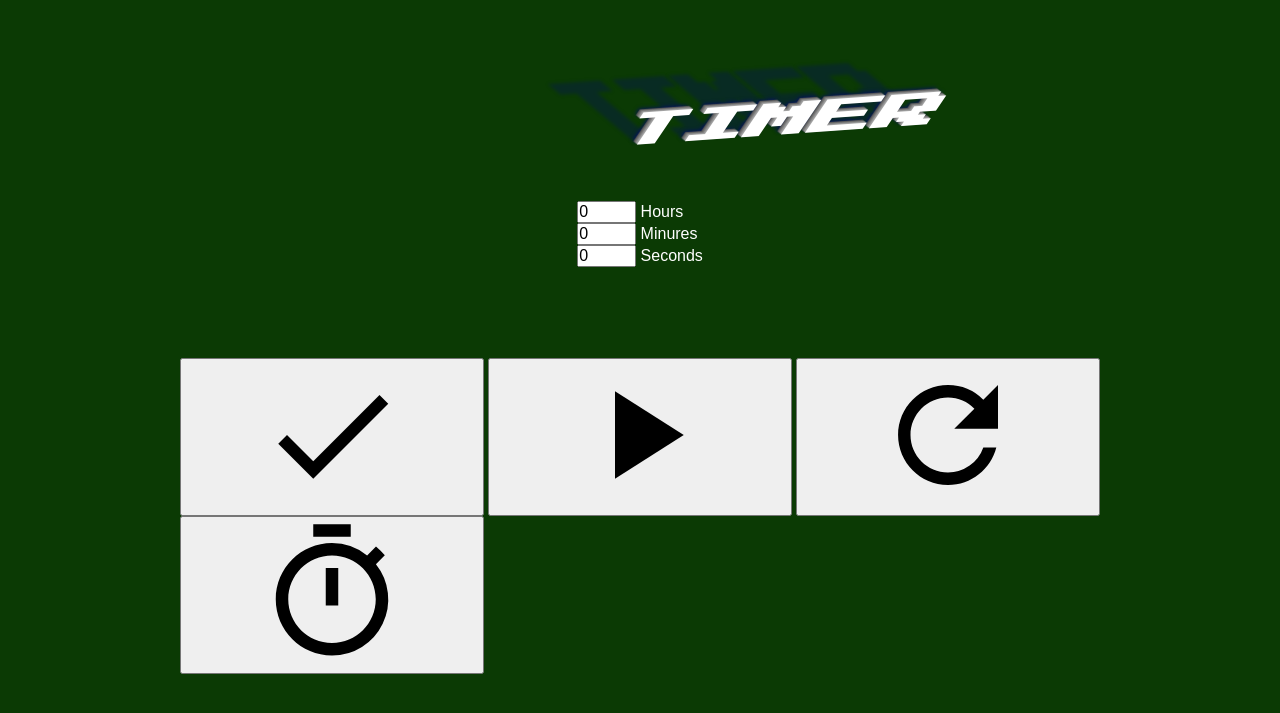
Repository: KrzysKolo/Projekt-12_Timer
Page: index.html
The author's editor kept a copy of each file at every save. The page is drawn from the files as they stood at one save, then again after the next save.
The browser window is 1280 px wide. The pictures show the whole page.
Some web fonts or font styles are not loaded; a fallback is used.

Above is the page before, as saved 2020-06-24 20:54:17.

### index.html
<!DOCTYPE html>
<html lang="en">
  <head>
    <meta charset="UTF-8" />
    <meta name="viewport" content="width=device-width, initial-scale=1.0" />
    <title>Taimer</title>
    <link
      href="https://fonts.googleapis.com/css2?family=Aldrich&family=Press+Start+2P&display=swap"
      rel="stylesheet"
    />

    <link rel="stylesheet" href="./css/style.css" />
  </head>
  <body>
    <main class="timer">
      <header class="timer__header">
        <h1 class="timer__heading" data-text="TIMER">
          Timer
        </h1>
      </header>
      <article class="timer__clock">
        <!-- input hours-->
        <section class="clock">
          <input
            type="number"
            name="hours"
            id="hours"
            value="0"
            min="0"
            max="99"
            class="clock__input"
            data-timer-input__hours
          />
          <label for="hours" class="clock__label">Hours</label>
        </section>
        <!-- input minutes-->
        <section class="clock">
          <input
            type="number"
            name="minutes"
            id="minutes"
            value="0"
            min="0"
            max="59"
            class="clock__input"
            data-timer-input__minutes
          />
          <label for="minutes" class="clock__label">Minures</label>
        </section>
        <!-- input seconds -->
        <section class="clock">
          <input
            type="number"
            name="seconds"
            id="seconds"
            value="0"
            min="0"
            max="59"
            class="clock__input"
            data-timer-input__seconds
          />
          <label for="seconds" class="clock__label">Seconds</label>
        </section>
      </article>
      <article class="timer__buttons">
        <!-- button 1 -->
        <button class="button">
          <svg class="button__icon">
            <use xlink:href="./assets/icons/sprite.svg#done-24px"></use>
          </svg>
        </button>
        <!-- button 2 -->
        <button class="button">
          <svg class="button__icon">
            <use xlink:href="./assets/icons/sprite.svg#play_arrow-24px"></use>
          </svg>
        </button>
        <!-- button 3 -->
        <button class="button">
          <svg class="button__icon">
            <use xlink:href="./assets/icons/sprite.svg#refresh-24px"></use>
          </svg>
        </button>
        <!-- dźwięk -->
        <section class="timer__audio">
          <audio src="./assets/sounds/alarm.mp3" loop></audio>
          <button class="button">
            <svg class="button__icon button__icon--alarm">
              <use xlink:href="./assets/icons/sprite.svg#timer-24px"></use>
            </svg>
          </button>
        </section>
      </article>
    </main>
  </body>
</html>

### css/style.css
*,
*::before,
*::after {
  padding: 0;
  margin: 0;
  box-sizing: inherit;
  font-size: 16px;
}
body {
  box-sizing: border-box;
  color: #fff;
  font-family: "Aldrich", sans-serif;
}
.timer {
  width: 100vw;
  height: 100vh;
  background-color: #0b3a04;
  display: flex;
  flex-direction: column;
  justify-content: space-around;
  align-items: flex-start;
  align-items: center;
}
.timer__header {
}

.timer__heading {
  font-family: "Press Start 2P", cursive;
  font-size: 4rem;
  text-transform: uppercase;
  position: relative;
  top: 30px;
  left: 100px;
  color: rgba(0, 0, 0, 0);

  transform: skew(50deg, -4deg);

  text-shadow: 0 0 3px rgba(0, 0, 128, 0.25);
  z-index: 50;
}
.timer__heading::after {
  content: attr(data-text);
  font-size: 4rem;
  position: absolute;
  top: 15px;
  left: 25px;
  color: rgba(255, 255, 255, 1);

  -webkit-transform: skew(-63deg) scale(1, 0.5);
  -moz-transform: skew(-63deg) scale(1, 0.5);
  -o-transform: skew(-63deg) scale(1, 0.5);
  -ms-transform: skew(-63deg) scale(1, 0.5);
  transform: skew(-63deg) scale(1, 0.5);
  text-shadow: -1px -1px 1px #aaa, -2px -2px 1px #999, -3px -3px 1px #888,
    -4px -4px 1px #777, -5px -5px 1px #666, -6px -6px 1px #555,
    -7px -7px 5px rgba(0, 0, 128, 0.75);
  z-index: 100;
}

After the next save:
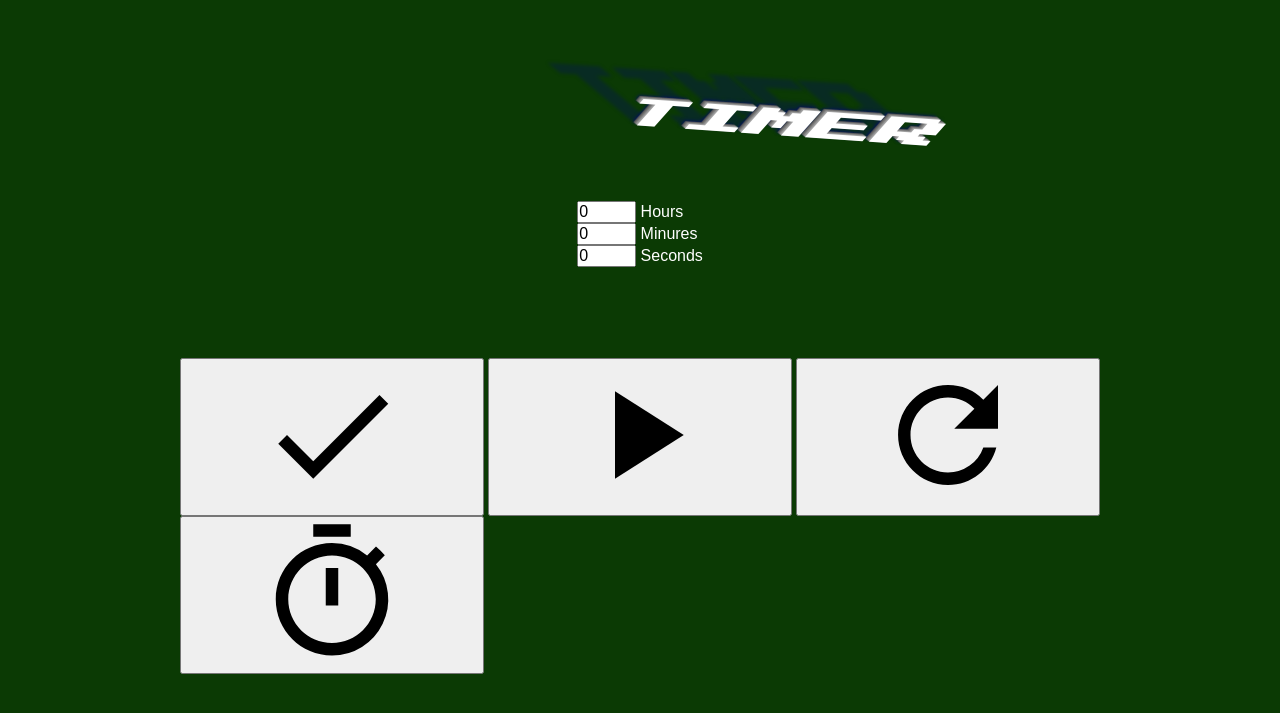
Saved 7 s later.
--- a/css/style.css
+++ b/css/style.css
@@ -33,7 +33,7 @@ body {
   left: 100px;
   color: rgba(0, 0, 0, 0);
 
-  transform: skew(50deg, -4deg);
+  transform: skew(50deg, 4deg);
 
   text-shadow: 0 0 3px rgba(0, 0, 128, 0.25);
   z-index: 50;
